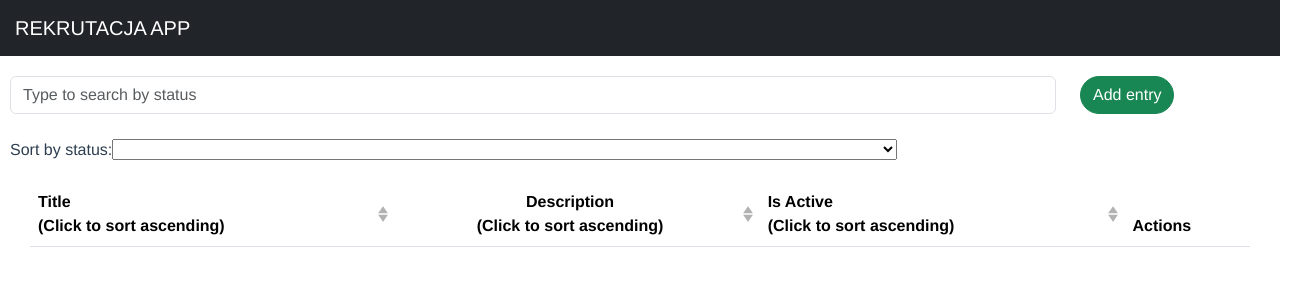
Repository: Madaless/vue_elastic
Page: / (app in vuejsapp/crudapp/)
The author's editor kept a copy of each file at every save. The page is drawn from the files as they stood at one save, then again after the next save.
The browser window is 1280 px wide. The page is 1292 px wide, so the pictures cover 1292 px, including what lies to the right of the window. The pictures show the whole page.
The page's requests for data from a server got no answer. The project was rebuilt for these pictures with package versions that can differ from the ones it lists, and the page was loaded fresh each time. No one was signed in, and anything a server would have sent is missing.

Above is the page before, as saved 2021-09-12 21:49:48.

### vuejsapp/crudapp/src/main.js
import Vue from 'vue'
import App from './App.vue'
import store from  './store/index'
import { BootstrapVue, IconsPlugin } from 'bootstrap-vue'

// Import Bootstrap an BootstrapVue CSS files (order is important)
import 'bootstrap/dist/css/bootstrap.css'
import 'bootstrap-vue/dist/bootstrap-vue.css'

// Make BootstrapVue available throughout your project
Vue.use(BootstrapVue)
// Optionally install the BootstrapVue icon components plugin
Vue.use(IconsPlugin)

Vue.config.productionTip = false

new Vue({
  store,
  render: h => h(App),
}).$mount('#app')

### vuejsapp/crudapp/src/App.vue
<template>
  <div id="app">
    <b-navbar class="navbar navbar-expand navbar-dark bg-dark">
      <b-navbar-brand id="header" href="#">REKRUTACJA APP</b-navbar-brand>
    </b-navbar>

    <b-row id = "filterEntry">
      <b-col sm="10"><FilterEntry /></b-col>
      <b-col sm="2"><AddEntry /></b-col>
    </b-row>

    <EntryList />
  </div>
</template>

<script>
import AddEntry from "./components/AddEntry.vue";
import FilterEntry from "./components/FilterEntry.vue";
import EntryList from "./components/EntryList.vue";

export default {
  name: "App",
  components: {
    AddEntry,
    FilterEntry,
    EntryList,
  },
};
</script>

<style>
#app {
  font-family: Avenir, Helvetica, Arial, sans-serif;
  -webkit-font-smoothing: antialiased;
  -moz-osx-font-smoothing: grayscale;
  color: #2c3e50;
}
#header {
  padding-left: 15px;
}

#filterEntry {
    padding-top: 20px;
    padding-bottom: 20px;
    padding-left: 10px;
    padding-right: 10px;
}
</style>

### vuejsapp/crudapp/src/store/index.js
import Vuex from 'vuex';
import Vue from 'vue';
import entryList from './modules/entryList';

Vue.use(Vuex);

export default new Vuex.Store({
    modules: {
        entryList
    }
})

### vuejsapp/crudapp/src/components/AddEntry.vue
<template>
  <div>
    <b-button pill block variant="success">Add entry</b-button>
  </div>
</template>

<script>
export default {
  setup() {},
};
</script>

<style scoped>
</style>

### vuejsapp/crudapp/src/components/FilterEntry.vue
<template>
  <div>
    <b-form-input
      id="filter-input"
      v-model="filter"
      type="search"
      placeholder="Type to search by status"
    ></b-form-input>

      <b-form-group
        label-for="sort-by-select"
        label-cols-sm="3"
        label-align-sm="right"
        label-size="sm"
        class="mb-0"
        v-slot="{ ariaDescribedby }"
      >
      <label>{{Sort}} </label>
        <b-form-select
          id="sort-by-select"
          v-model="sortBy"
          :options="sortOptions"
          :aria-describedby="ariaDescribedby"
          size="l"
          class="w-75"
        >
          <template #first>
            <option value="">-- none --</option>
          </template>
        </b-form-select>
      </b-form-group>
  </div>
</template>

<script>
export default {
  setup() {},
  data() {
    return {
      Sort: "Sort by status: ",
      sortOptions: ["no", "yes"],
    };
  },
};
</script>

<style scoped>
</style>

### vuejsapp/crudapp/src/components/EntryList.vue
<template>
  <div id="entryList">

    <div class="todos">
      <b-table :items="entryList" :fields="fields">
        <template #cell(name)="row">
          {{ row.value.first }} {{ row.value.last }}
        </template>

        <template #cell(actions)="row">

          <b-button size="sm" pill @click="row.toggleDetails">
            {{ row.detailsShowing ? "Hide" : "Show" }} Details
          </b-button>
          <b-button size="sm" pill block variant="danger"
            >Delete entry</b-button>
        </template>

        <template #row-details="row">
          <b-card>
            <ul>
              <li v-for="(value, key) in row.item" :key="key">
                {{ key }}: {{ value }}
              </li>
            </ul>
          </b-card>
        </template>
      </b-table>

      <!-- <table class="table table-striped table-dark">
        <thead>
          <tr>
            <th>Title</th>
            <th>Description</th>
            <th>Status</th>
          </tr>
        </thead>
        <tbody>
          <tr v-for="entry in entryList" v-bind:key="entry.key">
            <td>{{ entry.title }}</td>
          </tr>
        </tbody>
      </table> -->
    </div>
  </div>
</template>

<script>
import { mapGetters, mapActions } from "vuex";

export default {
  name: "EntryList",
  methods: {
    ...mapActions(["fetchEntryList"]),
  },
  computed: mapGetters(["entryList"]),
  created() {
    this.fetchEntryList();
  },
  data() {
    return {
      fields: [
        {
          key: "name",
          label: "Title",
          sortable: true,
          sortDirection: "desc",
        },
        {
          key: "description",
          label: "Description",
          sortable: true,
          class: "text-center",
        },
        {
          key: "isActive",
          label: "Is Active",
          formatter: (value) => {
            return value ? "Yes" : "No";
          },
          sortable: true,
          sortByFormatted: true,
          filterByFormatted: true,
        },
        { key: "actions", label: "Actions" },
      ],
    };
  },
};
</script>

<style scoped>
#entryList {
  padding-left: 30px;
  padding-right: 30px;
}
</style>

### vuejsapp/crudapp/src/store/modules/entryList.js
import axios from 'axios';

const state = {
  entryList: []
};
// get the state
const getters = {
  entryList: (state) => {
    return state.entryList
  }
};

const actions = {
    // fetch from api
  async fetchEntryList({ commit }) {
    const response = await axios.get('http://localhost:8082/entries/');
    console.log(response)
    commit('setEntryList', response.data.content);
  }
}

const mutations = {
    setEntryList: (state, entryList) => (state.entryList = entryList)
};

export default {
    state,
    getters,
    actions,
    mutations
};

Loaded but not shown: vuejsapp/crudapp/public/index.html (common file)

After the next save:
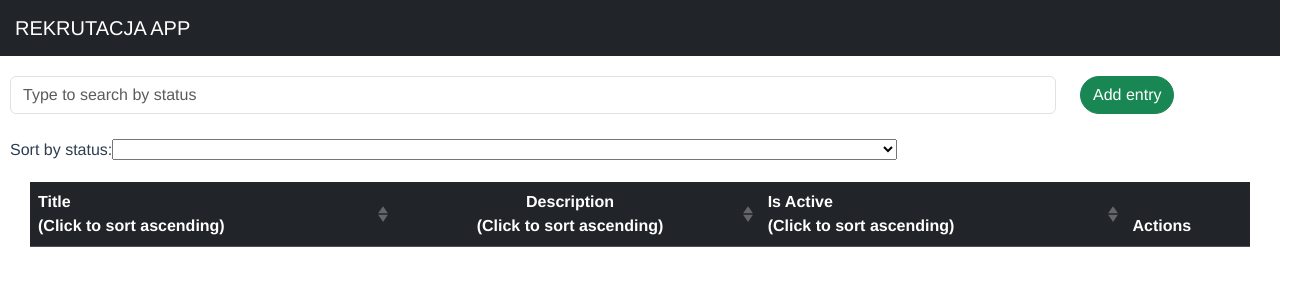
Saved 25 s later.
--- a/vuejsapp/crudapp/src/components/EntryList.vue
+++ b/vuejsapp/crudapp/src/components/EntryList.vue
@@ -1,8 +1,8 @@
 <template>
   <div id="entryList">
 
-    <div class="todos">
-      <b-table :items="entryList" :fields="fields">
+    <div class="todos" >
+      <b-table :items="entryList" class="table table-striped table-dark" :fields="fields">
         <template #cell(name)="row">
           {{ row.value.first }} {{ row.value.last }}
         </template>
